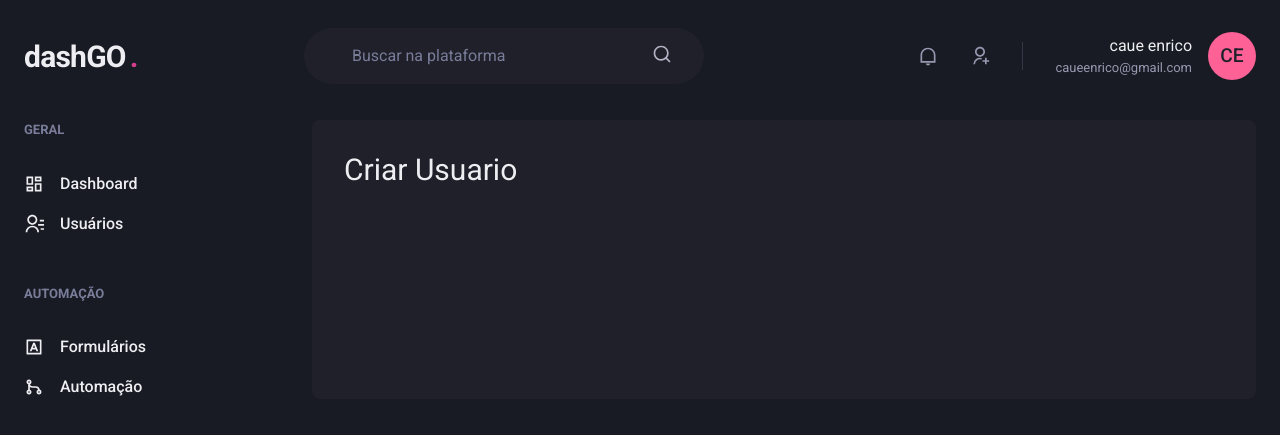
Repository: caueenrico/DashGO
Page: /user/create
The author's editor kept a copy of each file at every save. The page is drawn from the files as they stood at one save, then again after a run of saves.
The browser window is 1280 px wide. The pictures show the whole page.
The project was rebuilt for these pictures with package versions that can differ from the ones it lists, and the page was loaded fresh each time. The framework's server and built-in components were replaced by stand-ins that run in the browser. Also part of the build but not shown: next.config.js.

Above is the page before, as saved 2023-03-16 16:23:12.

### src/pages/_app.tsx
import { theme } from '@/styles/theme'
import { ChakraProvider } from '@chakra-ui/react'
import type { AppProps } from 'next/app'

export default function App({ Component, pageProps }: AppProps) {
  return (
    <ChakraProvider theme={theme}>
      <Component {...pageProps} />
    </ChakraProvider>

  )
}

### src/pages/_document.tsx
import { Html, Head, Main, NextScript } from 'next/document'

export default function Document() {
  return (
    <Html lang="en">
      <Head>
        <link rel="preconnect" href="https://fonts.googleapis.com"/>
        <link rel="preconnect" href="https://fonts.gstatic.com" />
        <link href="https://fonts.googleapis.com/css2?family=Roboto:wght@400;500;700&display=swap" rel="stylesheet"/>
      </Head>
      <body>
        <Main />
        <NextScript />
      </body>
    </Html>
  )
}

### src/pages/user/create.tsx
import { Header } from "@/components/Header";
import { Pagination } from "@/components/Pagination";
import { SideBar } from "@/components/SideBar";
import { Box, Flex, Heading } from "@chakra-ui/react";

export default function UserList() {
  return (
    <Box>
      <Header/>

      <Flex w="100%" my="6" maxWidth={1480} mx="auto" px="6" >
        <SideBar />

        <Box flex="1" borderRadius={8} bg="gray.800" p="8">
          <Heading size="lg" fontWeight="normal">Criar Usuario</Heading>




        </Box>
      </Flex>
    </Box>
  )
}

### src/components/Header.tsx
import { Flex, Input, Text, Icon, HStack, Box, Avatar } from "@chakra-ui/react";
import {
  RiSearchLine,
  RiNotificationLine,
  RiUserAddLine,
} from "react-icons/ri";

export function Header() {
  return (
    <Flex
      as="header"
      w="100%"
      maxWidth={1480}
      h="20"
      mx="auto"
      mt="4"
      px="6"
      align="center"
    >
      <Text
        fontSize="3xl"
        fontWeight="bold"
        letterSpacing="tight" //para deixar a letra mais apertada
        w="64"
      >
        dashGO
        <Text as="span" ml="1" color="pink.500">
          .
        </Text>
      </Text>

      <Flex
        as="label"
        flex="1"
        py="4"
        px="8"
        ml="6"
        maxWidth={400}
        alignSelf="center"
        color="gray.200"
        position="relative"
        bg="gray.800"
        borderRadius="full"
      >
        <Input
          color="gray.50"
          variant="unstyled"
          px="4"
          mr="4"
          placeholder="Buscar na plataforma"
          _placeholder={{ color: "gray.400" }}
        />

        <Icon as={RiSearchLine} fontSize="20" />
        {/* tive que fazer isso acima, por uma recomendação do chakra, entao no caso Icon vem do chakra e o RiSearchLine vem do react-icons */}
      </Flex>

      <Flex align="center" ml="auto">
        <HStack
          spacing="8"
          mx="8"
          pr="8"
          py="1"
          color="gray.300"
          borderRightWidth={1}
          borderColor="gray.700"
        >
          <Icon as={RiNotificationLine} fontSize="20" />
          <Icon as={RiUserAddLine} fontSize="20" />
        </HStack>
      </Flex>

      <Flex align="center">

        <Box mr="4" textAlign="right">
          <Text>caue enrico</Text>
          <Text color="gray.300" fontSize="small">
            caueenrico@gmail.com
          </Text>
        </Box>
        <Avatar size="md" name="Caue Enrico" />

      </Flex>
    </Flex>
  );
}

### src/components/SideBar.tsx
import { Box, Link, Stack, Text, Icon } from "@chakra-ui/react";
import { RiDashboardLine, RiContactsLine, RiInputMethodLine, RiGitMergeLine } from "react-icons/ri";

export function SideBar() {
  return (
    <Box as="aside" w="64" mr="8">
      <Stack spacing="12" align="flex-start" >
        <Box>
          <Text fontWeight="bold" color="gray.400" fontSize="small">GERAL</Text>
          <Stack spacing="4" mt="8" align="stretch" >
            <Link display="flex" alignItems="center" >
              <Icon as={RiDashboardLine} fontSize="20" />
              <Text ml="4" fontWeight="medium" >Dashboard</Text>
            </Link>
            <Link display="flex" alignItems="center" >
              <Icon as={RiContactsLine} fontSize="20" />
              <Text ml="4" fontWeight="medium" >Usuários</Text>
            </Link>
          </Stack>
        </Box>

        <Box>
          <Text fontWeight="bold" color="gray.400" fontSize="small">AUTOMAÇÃO</Text>
          <Stack spacing="4" mt="8" align="stretch" >
            <Link display="flex" alignItems="center" >
              <Icon as={RiInputMethodLine} fontSize="20" />
              <Text ml="4" fontWeight="medium">Formulários</Text>
            </Link>
            <Link display="flex" alignItems="center" >
              <Icon as={RiGitMergeLine} fontSize="20" />
              <Text ml="4" fontWeight="medium">Automação</Text>
            </Link>
          </Stack>
        </Box>
      </Stack>

    </Box>
  )
}

Loaded but not shown: src/styles/theme.ts (common file)

After the next 10 saves:
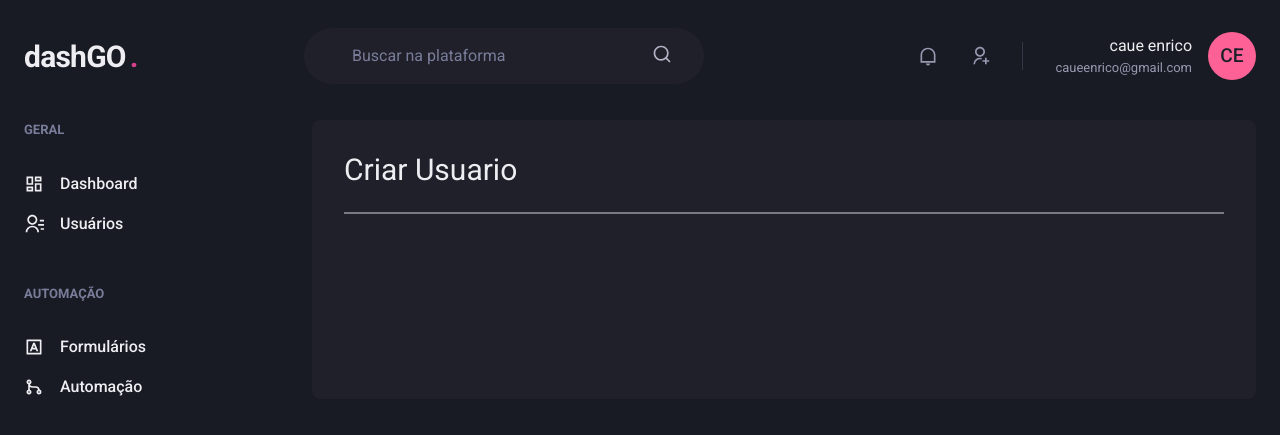
The 10 saves are shown as one change because 1 did not build or start and some came seconds apart.
The last was saved 56 s later.
--- a/src/pages/user/create.tsx
+++ b/src/pages/user/create.tsx
@@ -1,7 +1,7 @@
 import { Header } from "@/components/Header";
 import { Pagination } from "@/components/Pagination";
 import { SideBar } from "@/components/SideBar";
-import { Box, Flex, Heading } from "@chakra-ui/react";
+import { Box, Divider, Flex, Heading } from "@chakra-ui/react";
 
 export default function UserList() {
   return (
@@ -14,7 +14,7 @@ export default function UserList() {
         <Box flex="1" borderRadius={8} bg="gray.800" p="8">
           <Heading size="lg" fontWeight="normal">Criar Usuario</Heading>
 
-
+          <Divider my="6" border/>
 
 
         </Box>
